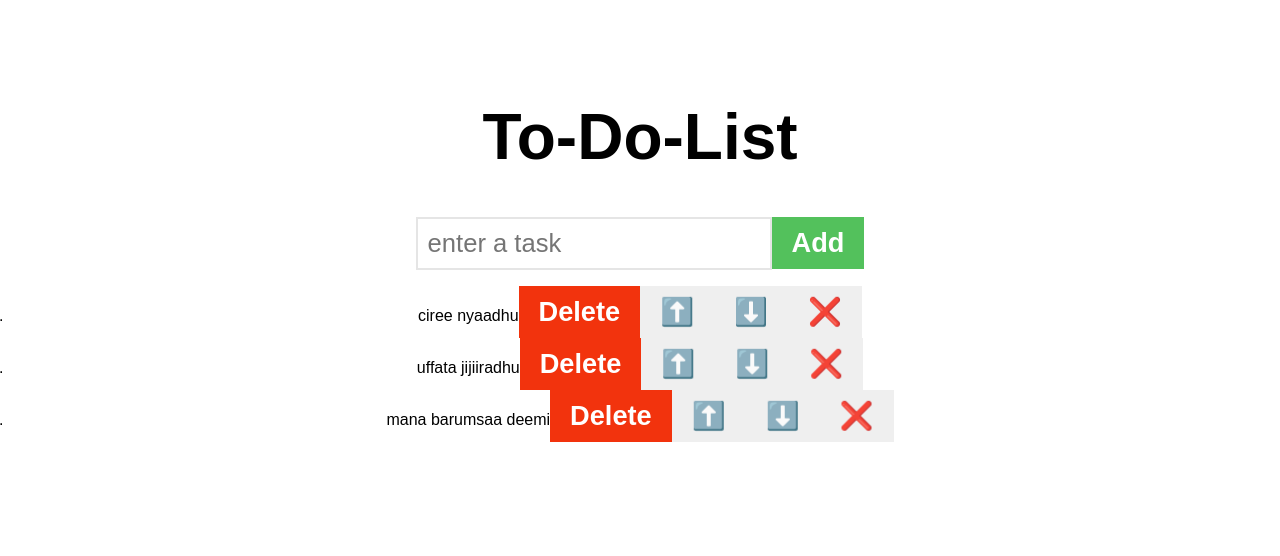
Repository: wakoya-tech/to-do-list-app
Page: /
The author's editor kept a copy of each file at every save. The page is drawn from the files as they stood at one save, then again after the next save.
The browser window is 1280 px wide. The pictures show the whole page.
The project was rebuilt for these pictures with package versions that can differ from the ones it lists, and the page was loaded fresh each time. Also part of the build but not shown: vite.config.js, src/App.css.

Above is the page before, as saved 2025-10-16 16:49:27.

### src/App.jsx
import { useState } from 'react'
import './App.css'
import ToDoList from './ToDoList.jsx'
function App() {
 return(<>

 <ToDoList/>
 </>)
}

export default App

### src/index.css
.to-do-list{
  font-family: Arial, Helvetica, sans-serif;
  text-align: center;
  margin-top: 100px;

}
h1{
  font-size: 4rem;
}
button{
  font-size: 1.7rem;
  font-weight: bold;
  padding: 10px 20px;
  color: white;
  border: none;
  cursor: pointer;
  transition: background-color 0.5 ease;
}
.add-button
{
background-color: hsl(125,47%,54%);
}
.add-button:hover{
  background-color: hsl(124, 82%, 13%);
}
.delete-button{
  background-color: hsl(10,90%,50%);
}
.delete-button:hover{
  background-color: hsl(10, 85%, 28%);
}
input[type="text"]{
  font-size: 1.6rem;
  padding: 10px;
  border: 2px solid hsla(0,0%,80%,0.5);
}
ol{
  padding: 0;
}

### src/ToDoList.jsx
import React,{useState} from 'react'

function ToDoList() {
    const [tasks,setTasks]=useState(["ciree nyaadhu","uffata jijiiradhu","mana barumsaa deemi"])
    const [newTask,setNewTask]=useState("");
    function handleInputChange(e){
      setNewTask(e.target.value)
    }
    function addTask(){

    }
    function deleteTask(index){

    }
    function moveTaskUp(index){

    }
    function moveTaskDown(index){

    }
  return (
    <div className='to-do-list'>
<h1>To-Do-List</h1>
<div>
    <input type="text" placeholder='enter a task'
    value={newTask} onChange={handleInputChange}/>
 <button className='add-button' onClick={addTask}>Add </button>
</div>
<ol>
    {tasks.map((task,index)=><li key={index}>
    <span className='text'>
        {task}
    <button className='delete-button' onChange={deleteTask}>Delete</button>
    <button className='move-up-button'onClick={moveTaskUp}>⬆️</button>
    <button className='move-down-button'onClick={moveTaskDown}>⬇️</button>
    <button onClick={() => deleteTask(index)}>❌</button>
    </span>
    </li>)}
</ol>
    </div>
  )
}

export default ToDoList

Loaded but not shown: index.html (common file); src/main.jsx (common file)

After the next save:
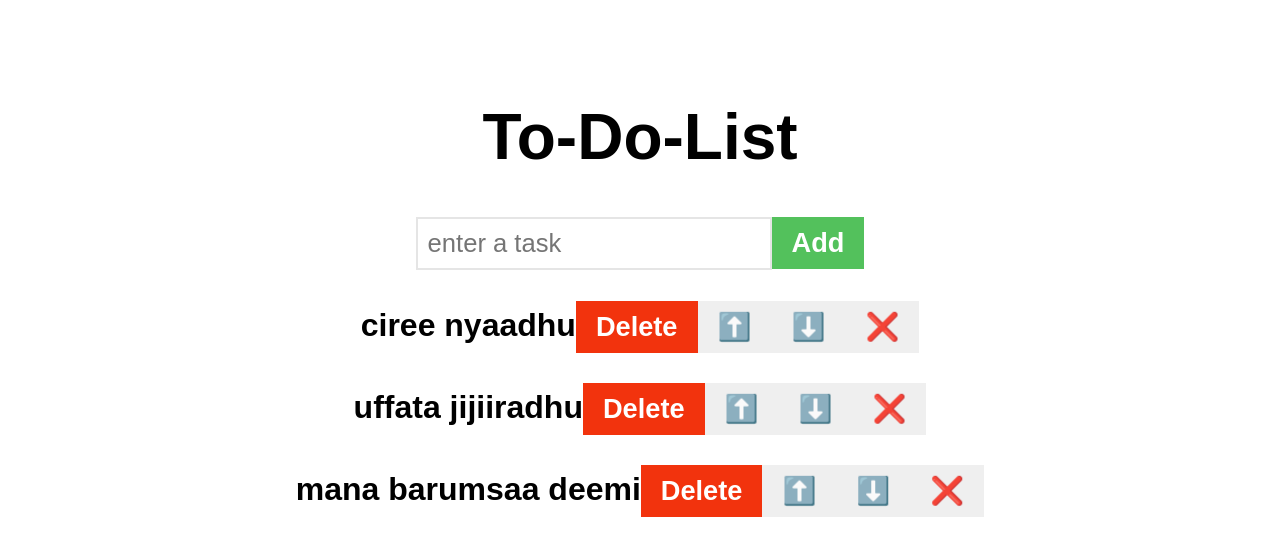
Saved 45 s later.
--- a/src/index.css
+++ b/src/index.css
@@ -36,4 +36,10 @@ input[type="text"]{
 }
 ol{
   padding: 0;
+
 }
+li{
+  font-size: 2rem;
+  font-weight: bold;
+  padding: 15px;
+}
